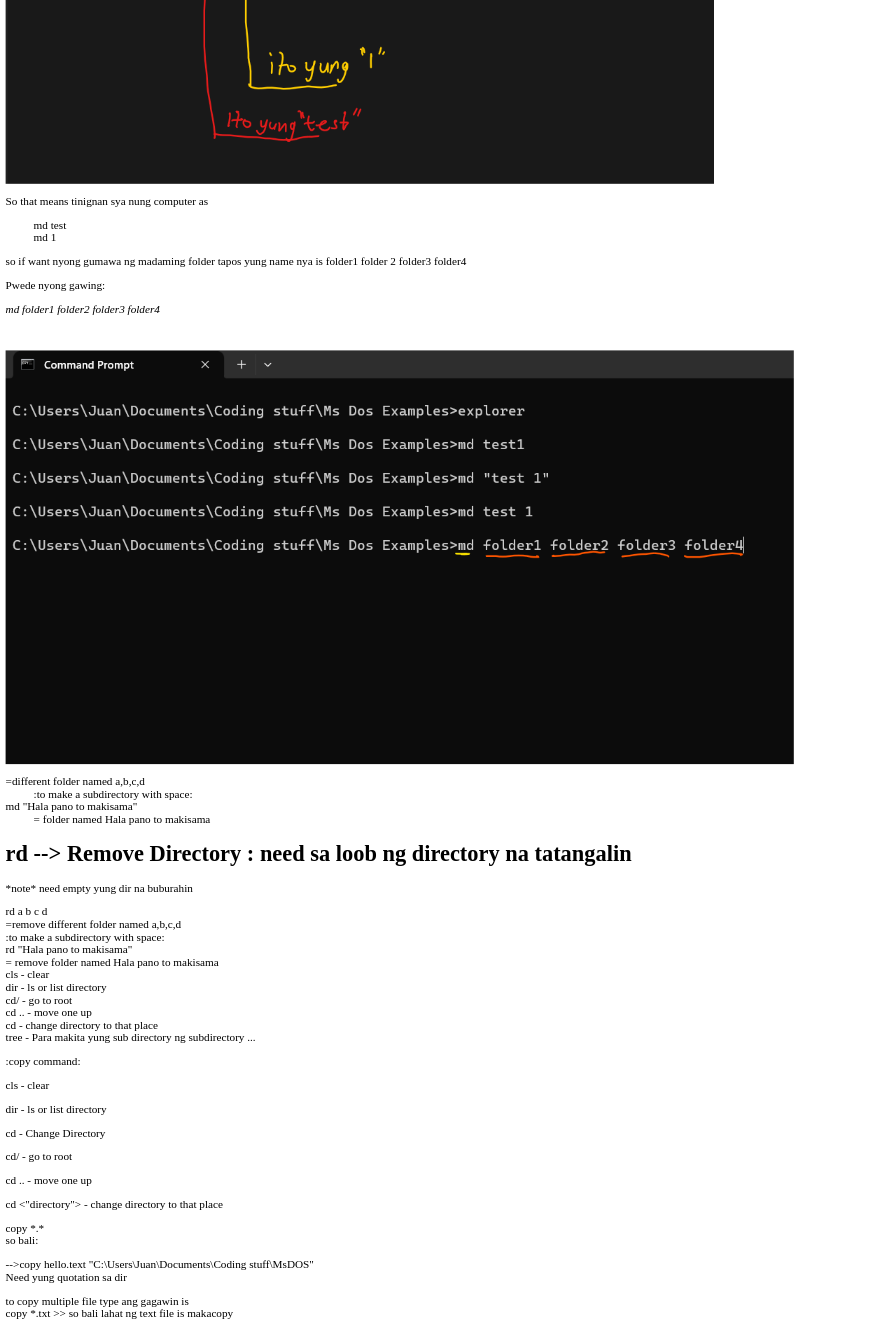
Repository: zwainer/Comprog
Page: index.html
The author's editor kept a copy of each file at every save. The page is drawn from the files as they stood at one save, then again after the next save.
The browser window is 1280 px wide. The pictures show the part of the page from y = 3841 to 5761 px (the page is 5743 px tall before and 5761 px after), at 70% of full size.

Above is the page before, as saved 2023-05-06 00:13:51.

After the next save:
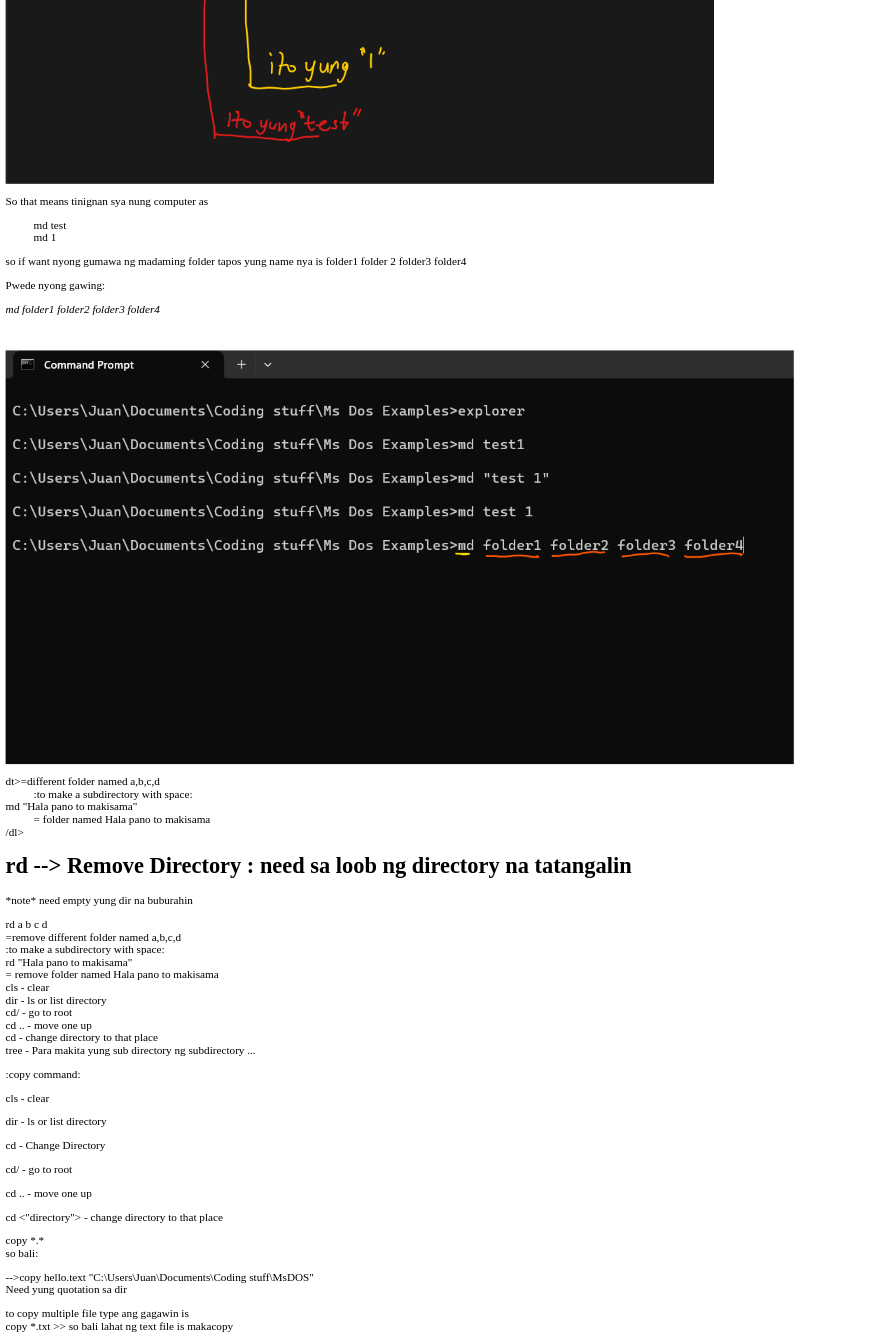
Saved 10 s later.
--- a/index.html
+++ b/index.html
@@ -10,83 +10,83 @@
 	<div class="makeDir">
 	<!-- make dir part -->
 
-	<p class="StartCommand">
-		md
+		<p class="StartCommand">
+			md
+			<br/>
+
+		</p>
+
+		<p>md means make directory <br/>
+		</p>
+		<p>To use it :
+			<dl>
+				<dd>
+					write md then
+				</dd>
+
+				<dd>
+					yung name nung folder
+				</dd>
+			</dl>
+
 		<br/>
+		</p>
 
-	</p>
 
-	<p>md means make directory <br/>
-	</p>
-	<p>To use it :
+		</p>
+
+		<img src="pictures/1_1.png">
+
+		<p>Ito yung Output <br/></p>
+
+
+		<img src="pictures/2.png">
+
+		<h2>What if gusto nyong may space yung folder name<br/></h2>
 		<dl>
 			<dd>
-				write md then
+				<p> To do it, need nyong lagyan ng "" quotation mark yung folder name nyo<br/></p>
 			</dd>
 
 			<dd>
-				yung name nung folder
+				<p> So bali magiging cd "test 1"<br/></p>
 			</dd>
 		</dl>
 
-	<br/>
-	</p>
+		<img src="pictures/3.png">
+
+		<p>Ito yung Output <br/></p>
+
+		<img src="pictures/4.png">
 
 
-	</p>
+		<h2>What will happen pag walang "" <-- ganire<br/></h2>
 
-	<img src="pictures/1_1.png">
+		<p>Gagawa sya ng multiple folder<br/></p>
 
-	<p>Ito yung Output <br/></p>
+		<img src="pictures/5.png">
 
+		<p>Ito yung output<br/></p>
 
-	<img src="pictures/2.png">
+		<img src="pictures/6.png">
 
-	<h2>What if gusto nyong may space yung folder name<br/></h2>
-	<dl>
-		<dd>
-			<p> To do it, need nyong lagyan ng "" quotation mark yung folder name nyo<br/></p>
-		</dd>
+		<p>So that means tinignan sya nung computer as <br/>
 
-		<dd>
-			<p> So bali magiging cd "test 1"<br/></p>
-		</dd>
-	</dl>
+			<dl>
+				<dd>
+					md test <br/>
+				</dd>
 
-	<img src="pictures/3.png">
+				<dd>
+					md 1<br/></p>
+				</dd>
+			</dl>
 
-	<p>Ito yung Output <br/></p>
+			<p>so if want nyong gumawa ng madaming folder tapos yung name nya is folder1 folder 2 folder3 folder4<br/></p>
 
-	<img src="pictures/4.png">
+			<p>Pwede nyong gawing: <p class="importantNote">md folder1 folder2 folder3 folder4</p> <br/> </p>
 
-
-	<h2>What will happen pag walang "" <-- ganire<br/></h2>
-
-	<p>Gagawa sya ng multiple folder<br/></p>
-
-	<img src="pictures/5.png">
-
-	<p>Ito yung output<br/></p>
-
-	<img src="pictures/6.png">
-
-	<p>So that means tinignan sya nung computer as <br/>
-
-		<dl>
-			<dd>
-				md test <br/>
-			</dd>
-
-			<dd>
-				md 1<br/></p>
-			</dd>
-		</dl>
-
-		<p>so if want nyong gumawa ng madaming folder tapos yung name nya is folder1 folder 2 folder3 folder4<br/></p>
-
-		<p>Pwede nyong gawing: <p class="importantNote">md folder1 folder2 folder3 folder4</p> <br/> </p>
-
-		<img src="pictures/7.png">
+			<img src="pictures/7.png">
 
 
 
@@ -106,15 +106,15 @@
 
 
 
-	<dl>
-<dt>=different folder named a,b,c,d<br/></dt>
+		<dl>
+	dt>=different folder named a,b,c,d<br/></dt>
 
-	<dd>:to make a subdirectory with space:<br/></dd>
+		<dd>:to make a subdirectory with space:<br/></dd>
 
-	<dt>md "Hala pano to makisama"<br/>
-	</dt>
-		<dd>= folder named Hala pano to makisama<br/></dd>
-</dl>
+		<dt>md "Hala pano to makisama"<br/>
+		</dt>
+			<dd>= folder named Hala pano to makisama<br/></dd>
+	/dl>
 </div>
 	<!-- remove naman ng directory na part -->
 
